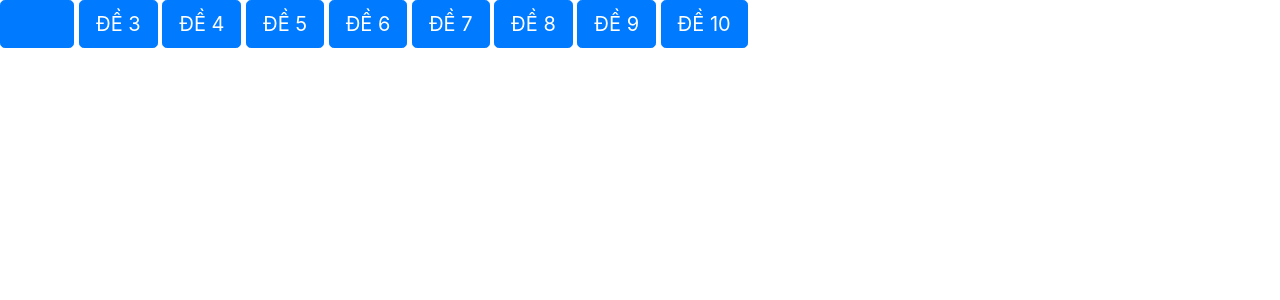
Repository: tunguyenhy222/tunguyenhy222
Page: index.html
The author's editor kept a copy of each file at every save. The page is drawn from the files as they stood at one save, then again after a run of saves.
The browser window is 1280 px wide. The pictures show the whole page.

Above is the page before, as saved 2021-08-12 21:12:46.

### index.html
<!DOCTYPE html>
<html lang="en">
  <head>
    <meta charset="UTF-8" />
    <meta http-equiv="X-UA-Compatible" content="IE=edge" />
    <meta name="viewport" content="width=device-width, initial-scale=1.0" />
    <title>Document</title>
    <script
      src="https://code.jquery.com/jquery-3.3.1.slim.min.js"
      integrity="sha384-q8i/X+965DzO0rT7abK41JStQIAqVgRVzpbzo5smXKp4YfRvH+8abtTE1Pi6jizo"
      crossorigin="anonymous"
    ></script>

    <script
      src="https://cdnjs.cloudflare.com/ajax/libs/popper.js/1.14.7/umd/popper.min.js"
      integrity="sha384-UO2eT0CpHqdSJQ6hJty5KVphtPhzWj9WO1clHTMGa3JDZwrnQq4sF86dIHNDz0W1"
      crossorigin="anonymous"
    ></script>

    <script
      src="https://stackpath.bootstrapcdn.com/bootstrap/4.3.1/js/bootstrap.min.js"
      integrity="sha384-JjSmVgyd0p3pXB1rRibZUAYoIIy6OrQ6VrjIEaFf/nJGzIxFDsf4x0xIM+B07jRM"
      crossorigin="anonymous"
    ></script>
    <link
      rel="stylesheet"
      href="https://stackpath.bootstrapcdn.com/bootstrap/4.3.1/css/bootstrap.min.css"
      integrity="sha384-ggOyR0iXCbMQv3Xipma34MD+dH/1fQ784/j6cY/iJTQUOhcWr7x9JvoRxT2MZw1T"
      crossorigin="anonymous"
    />
  </head>
  <body>
    <button type="button" class="btn btn-primary btn-lg"><a href="./de/de1.html" style>ĐỀ 1</a></button>
    <button type="button" class="btn btn-primary btn-lg">ĐỀ 3</button>
    <button type="button" class="btn btn-primary btn-lg">ĐỀ 4</button>
    <button type="button" class="btn btn-primary btn-lg">ĐỀ 5</button>
    <button type="button" class="btn btn-primary btn-lg">ĐỀ 6</button>
    <button type="button" class="btn btn-primary btn-lg">ĐỀ 7</button>
    <button type="button" class="btn btn-primary btn-lg">ĐỀ 8</button>
    <button type="button" class="btn btn-primary btn-lg">ĐỀ 9</button>
    <button type="button" class="btn btn-primary btn-lg">ĐỀ 10</button>
  </body>
</html>

After the next 3 saves:
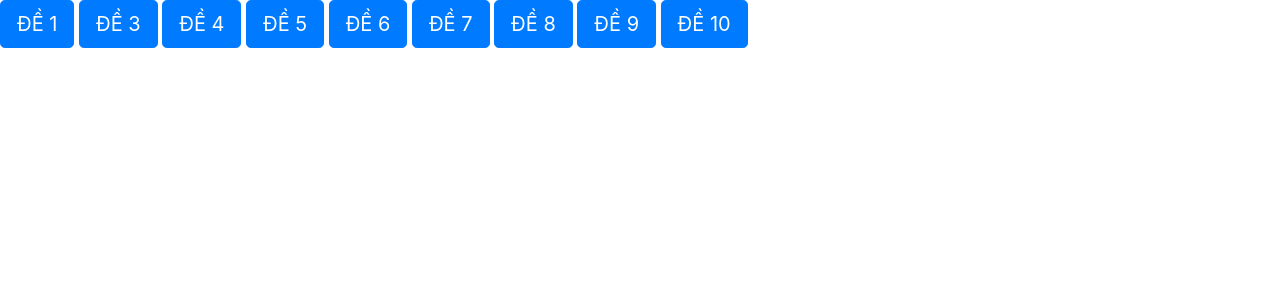
The 3 saves are shown as one change because they came seconds apart.
The last was saved 12 s later.
--- a/index.html
+++ b/index.html
@@ -30,7 +30,7 @@
     />
   </head>
   <body>
-    <button type="button" class="btn btn-primary btn-lg"><a href="./de/de1.html" style>ĐỀ 1</a></button>
+    <button type="button" class="btn btn-primary btn-lg"><a href="./de/de1.html" style="  color: white;">ĐỀ 1</a></button>
     <button type="button" class="btn btn-primary btn-lg">ĐỀ 3</button>
     <button type="button" class="btn btn-primary btn-lg">ĐỀ 4</button>
     <button type="button" class="btn btn-primary btn-lg">ĐỀ 5</button>
